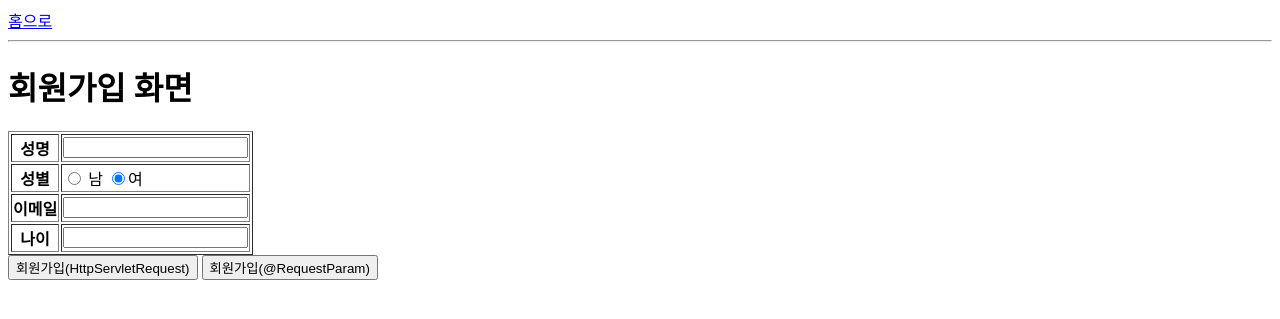
Repository: honsb91/Study_Spring
Page: http://localhost/01.Web/member
These files come from the project's save history. The page is drawn as it stood at one moment and after the next save; the edit follows.
The browser window is 1280 px wide. The pictures show the whole page.
The page is served by Tomcat 9. Other server files are loaded and not shown.

Above is the page before, as saved 2023-12-20 07:36:24.

### WorkSpace/01.Web/src/main/webapp/WEB-INF/views/member/join.jsp
<%@ page language="java" contentType="text/html; charset=UTF-8"
    pageEncoding="UTF-8"%>
<%@ taglib uri="http://java.sun.com/jsp/jstl/core" prefix="c"%>
<!DOCTYPE html>
<html>
<head>
<meta charset="UTF-8">
<title>Insert title here</title>
</head>
<body>
<a href="<c:url value='/'/>">홈으로</a>
<hr>
	<h1>회원가입 화면</h1>
	<form method="post" action="joinRequest">
		<table border="1">
		<tr><th>성명</th>
			<td><input type="text" name="name"></td>
		</tr>
		<tr><th>성별</th>
			<td>
				<input type="radio" name="gender" id="male" value="남">
				<label for="male">남</label>
				<label><input type="radio" name="gender" value="여" checked>여</label>
			</td>
		</tr>
		<tr><th>이메일</th>
			<td>
				<input type="text" name="email">
			</td>
		</tr>
		<tr><th>나이</th>
			<td>
				<input type="text" name="age">
			</td>
		</tr>
		</table>
		<input type="submit" value="회원가입(HttpServletRequest)">
		<input type="submit" value="회원가입(@RequestParam)" onclick="action='joinParam'">
	</form>
</body>
</html>

After the next save:
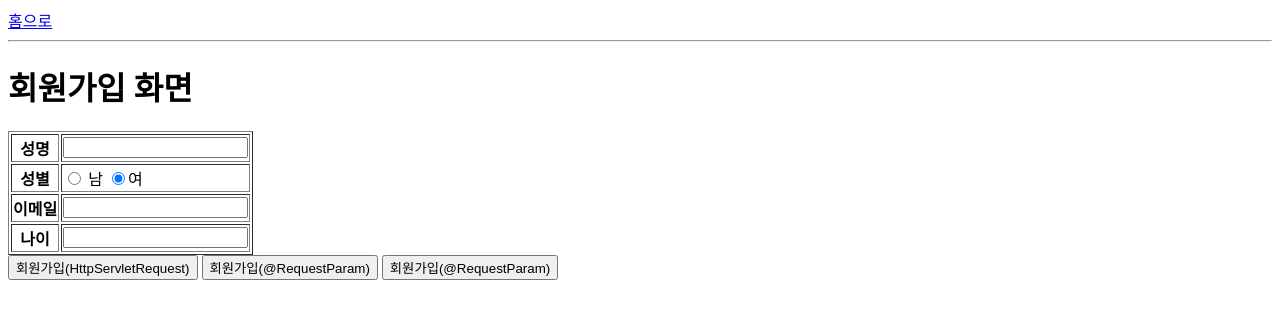
Saved 6 min 2 s later.
--- a/WorkSpace/01.Web/src/main/webapp/WEB-INF/views/member/join.jsp
+++ b/WorkSpace/01.Web/src/main/webapp/WEB-INF/views/member/join.jsp
@@ -36,6 +36,7 @@
 		</table>
 		<input type="submit" value="회원가입(HttpServletRequest)">
 		<input type="submit" value="회원가입(@RequestParam)" onclick="action='joinParam'">
+		<input type="submit" value="회원가입(@RequestParam)" onclick="action='joinData'">
 	</form>
 </body>
 </html>
